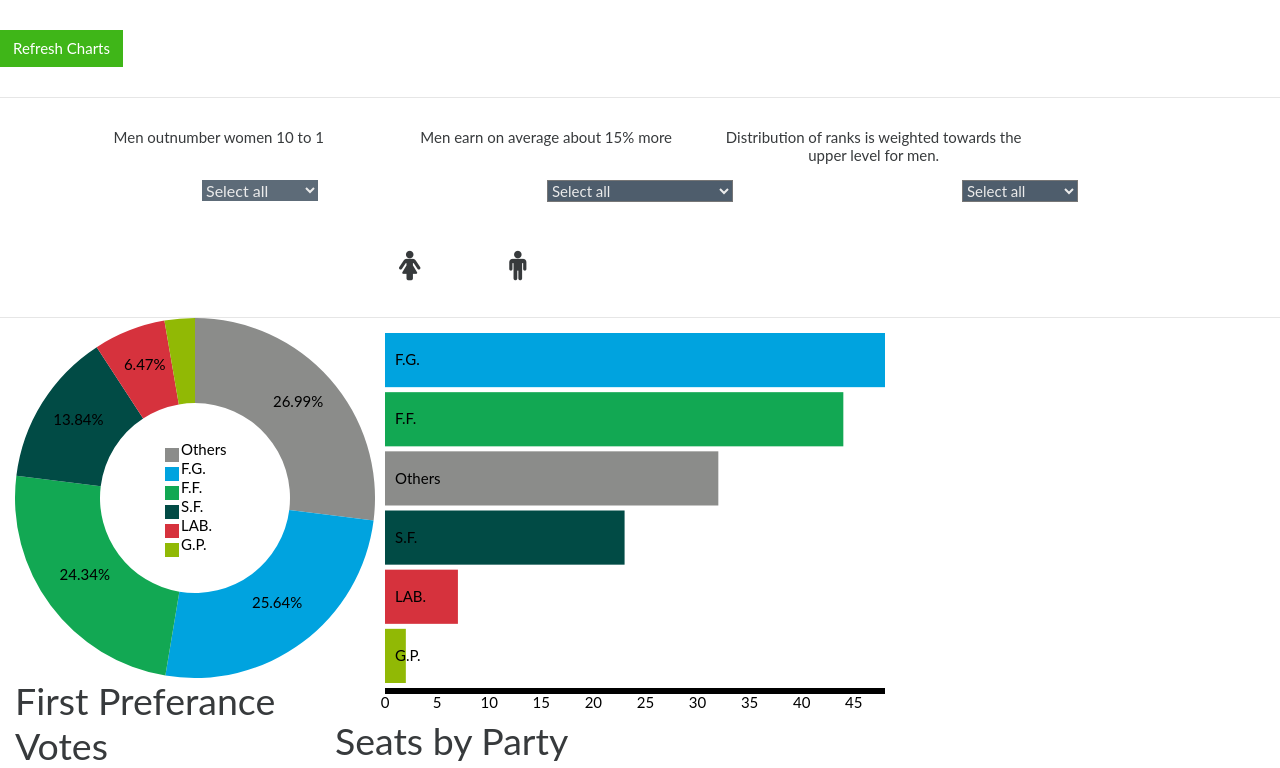
Repository: pauldardis/project-2-test
Page: index.html
The author's editor kept a record of every edit. The page is drawn from the files as they stood at one moment, then again after the next edit.
The browser window is 1280 px wide. The pictures show the whole page.

Above is the page before.
Console error: TypeError: Cannot read properties of null (reading 'textContent')

After the next edit:
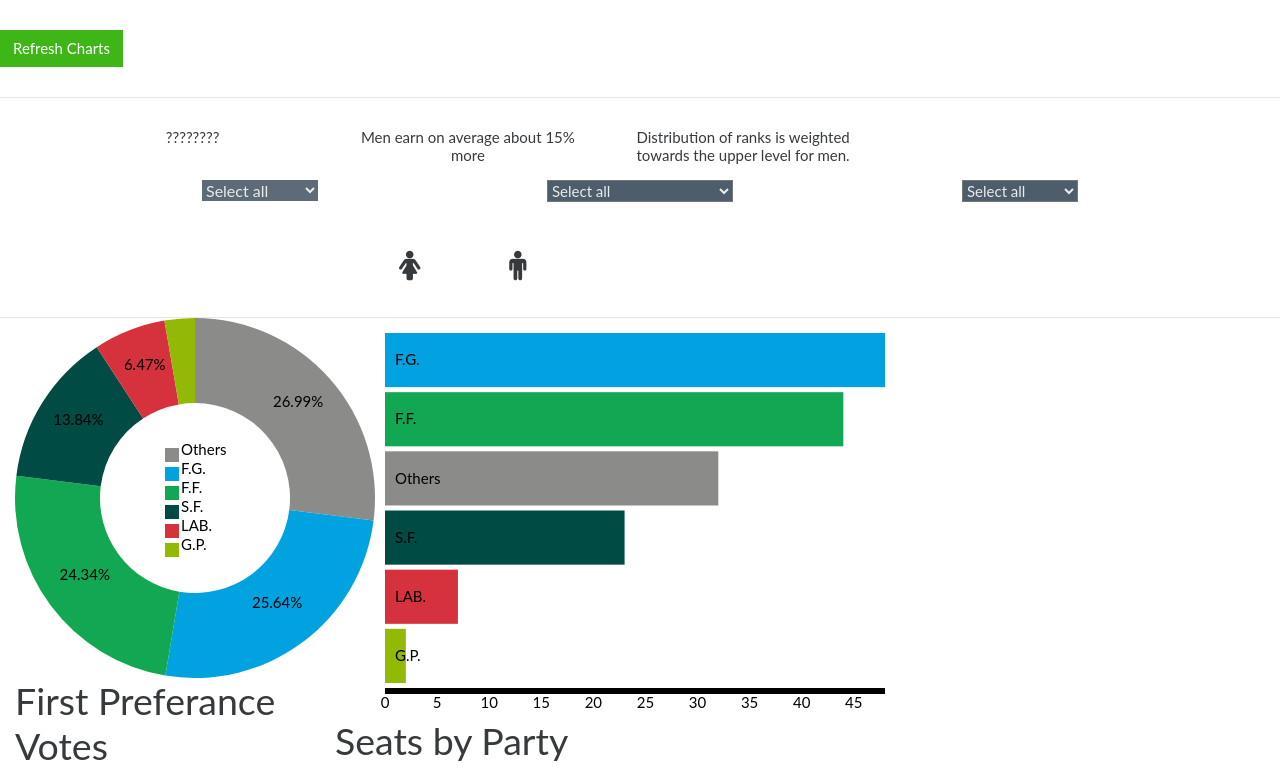
The edit:
--- a/index.html
+++ b/index.html
@@ -37,7 +37,7 @@
             <div class="row">
                 <div class="row">
                     <div class="col-xs-12 col-sm-4 text-center">
-                        <p class="section-paragraph">Men outnumber women 10 to 1</p>
+                        <p class="section-paragraph">????????</p>
                     </div>
                     <div class="col-xs-12 col-sm-4 text-center">
                         <p class="section-paragraph">Men earn on average about 15% more</p>
